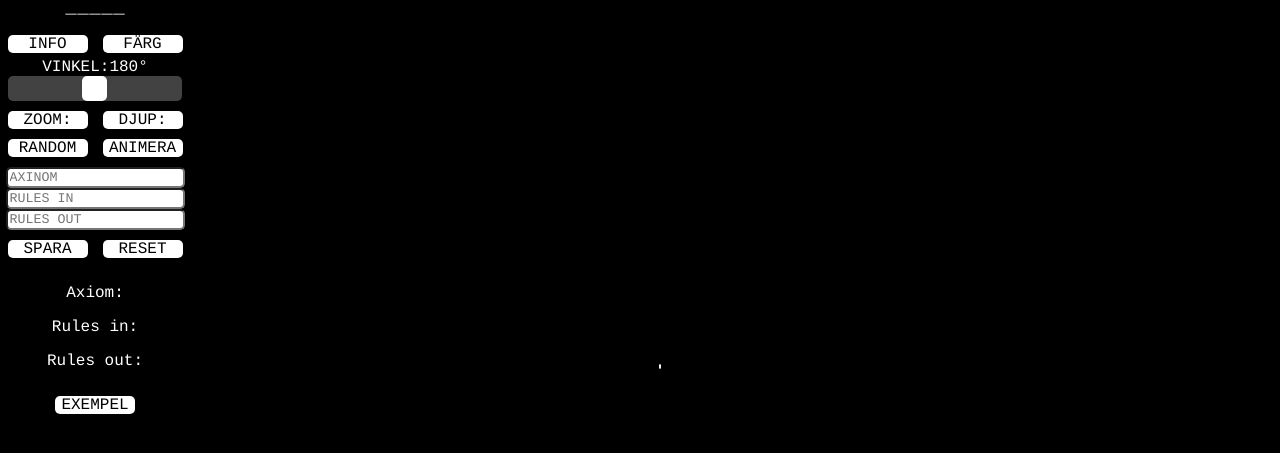
Repository: Gabrielw123/Fraktalgenerator
Page: fraktaler/test/index.html
These files come from the project's save history. The page is drawn as it stood at one moment and after the next save; the edit follows.
The browser window is 1280 px wide. The pictures show the whole page.
Some web libraries are served in a nearby version.

Above is the page before, as saved 2022-01-13 09:33:34.

After the next save:
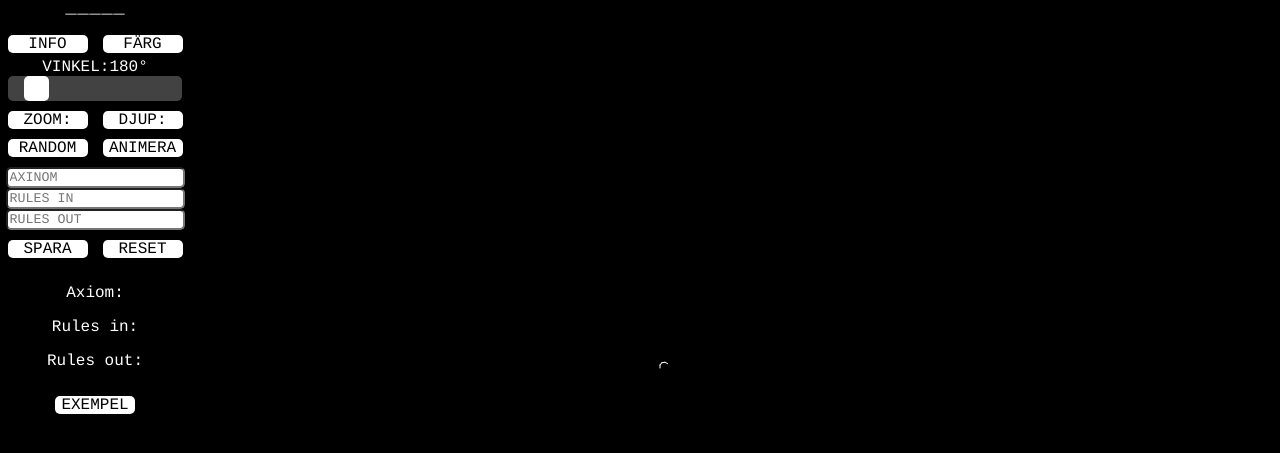
Saved 8 s later.
--- a/fraktaler/test/bruh.js
+++ b/fraktaler/test/bruh.js
@@ -458,7 +458,7 @@ var fraktal = (function () {
         rules[0].out === undefined
       ) {
         //Sliders
-        vinkel.value = 180;
+        vinkel.value = 40;
         //Knappar
         segment_n = 1;
         generation = 1;
@@ -468,7 +468,7 @@ var fraktal = (function () {
       }
     } else {
       //Sliders
-      vinkel.value = 180;
+      vinkel.value = 40;
       //Knappar
       segment_n = 1;
       //Knappar
